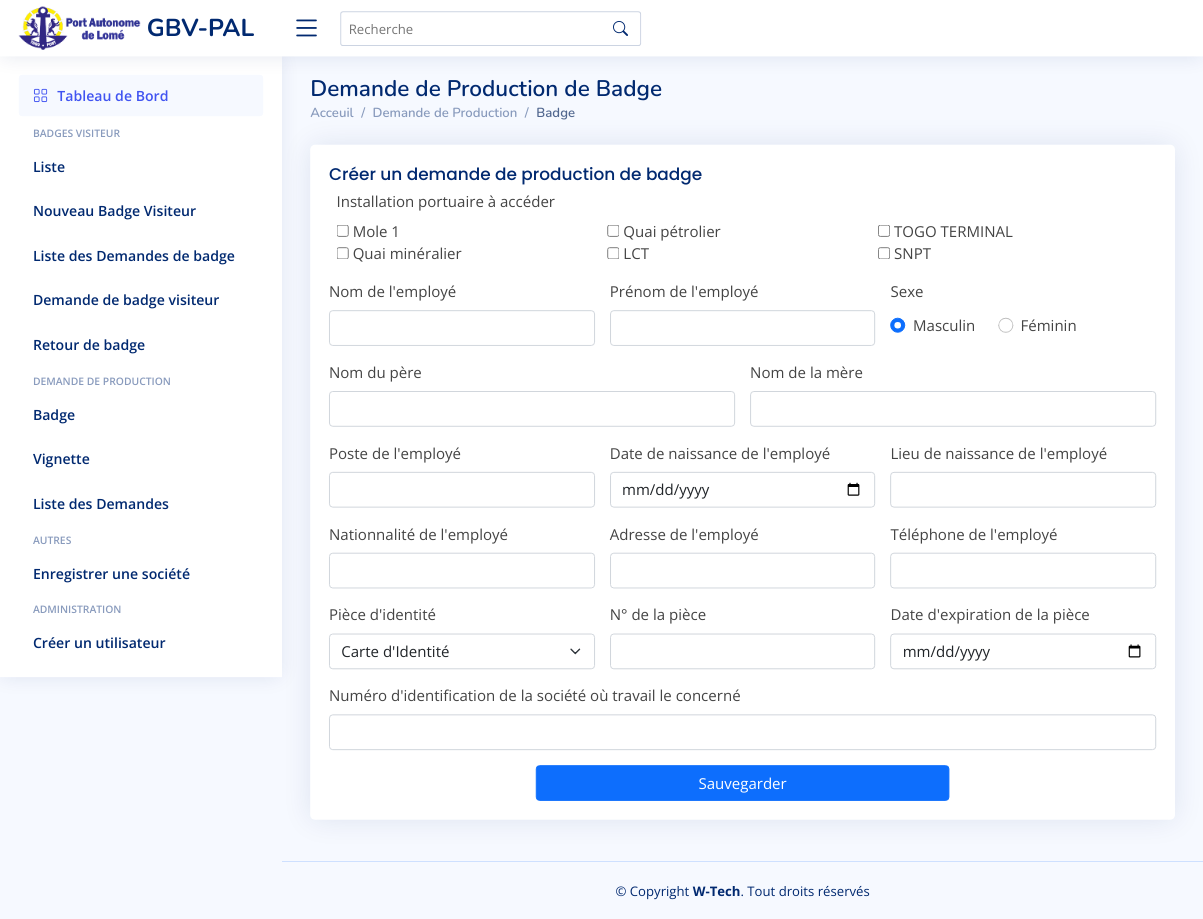
Repository: sh4dow28/gbv-pal-web
Page: http://localhost/badge/create
These files come from the project's save history. The page is drawn as it stood at one moment and after the next save; the edit follows.
The browser window is 1280 px wide. The pictures show the whole page, at 94% of full size.
The page is served by the project's Laravel application, run on PHP 8.4 with Laravel 9. Other server files are loaded and not shown.

Above is the page before, as saved 2023-02-11 19:07:53.

### routes/web.php
<?php

use App\Http\Controllers\Admin\HomeController;
use App\Http\Controllers\Auth\RegisteredUserController;
use App\Http\Controllers\BadgeVisiteurController;
use App\Http\Controllers\DemandeBadgeVisiteurController;
use App\Http\Controllers\ProfileController;
use Illuminate\Support\Facades\Route;

/*
|--------------------------------------------------------------------------
| Web Routes
|--------------------------------------------------------------------------
|
| Here is where you can register web routes for your application. These
| routes are loaded by the RouteServiceProvider within a group which
| contains the "web" middleware group. Now create something great!
|
*/



Route::get('/dashboard', function () {
    return view('dashboard');
})->middleware(['auth'])->name('dashboard');

Route::middleware('auth')->group(function () {
    Route::get('register', [RegisteredUserController::class, 'create'])
        ->name('register');

    Route::post('register', [RegisteredUserController::class, 'store']);

    Route::get('/profile', [ProfileController::class, 'edit'])->name('profile.edit');
    Route::patch('/profile', [ProfileController::class, 'update'])->name('profile.update');
    Route::delete('/profile', [ProfileController::class, 'destroy'])->name('profile.destroy');
});



require __DIR__ . '/custom.php';
require __DIR__ . '/auth.php';

### routes/auth.php
<?php

use App\Http\Controllers\Auth\AuthenticatedSessionController;
use App\Http\Controllers\Auth\ConfirmablePasswordController;
use App\Http\Controllers\Auth\EmailVerificationNotificationController;
use App\Http\Controllers\Auth\EmailVerificationPromptController;
use App\Http\Controllers\Auth\NewPasswordController;
use App\Http\Controllers\Auth\PasswordController;
use App\Http\Controllers\Auth\PasswordResetLinkController;
use App\Http\Controllers\Auth\RegisteredUserController;
use App\Http\Controllers\Auth\VerifyEmailController;
use Illuminate\Support\Facades\Route;

Route::middleware('guest')->group(function () {
    Route::get('login', [AuthenticatedSessionController::class, 'create'])
        ->name('login');

    Route::post('login', [AuthenticatedSessionController::class, 'store']);

    Route::get('forgot-password', [PasswordResetLinkController::class, 'create'])
        ->name('password.request');

    Route::post('forgot-password', [PasswordResetLinkController::class, 'store'])
        ->name('password.email');

    Route::get('reset-password/{token}', [NewPasswordController::class, 'create'])
        ->name('password.reset');

    Route::post('reset-password', [NewPasswordController::class, 'store'])
        ->name('password.store');
});

Route::middleware('auth')->group(function () {
    Route::get('verify-email', [EmailVerificationPromptController::class, '__invoke'])
        ->name('verification.notice');

    Route::get('verify-email/{id}/{hash}', [VerifyEmailController::class, '__invoke'])
        ->middleware(['signed', 'throttle:6,1'])
        ->name('verification.verify');

    Route::post('email/verification-notification', [EmailVerificationNotificationController::class, 'store'])
        ->middleware('throttle:6,1')
        ->name('verification.send');

    Route::get('confirm-password', [ConfirmablePasswordController::class, 'show'])
        ->name('password.confirm');

    Route::post('confirm-password', [ConfirmablePasswordController::class, 'store']);

    Route::put('password', [PasswordController::class, 'update'])->name('password.update');

    Route::post('logout', [AuthenticatedSessionController::class, 'destroy'])
        ->name('logout');
});

### app/Http/Controllers/ProductionBadgeController.php
<?php

namespace App\Http\Controllers;

use App\Models\ProductionBadge;
use Illuminate\Http\Request;
use Illuminate\Support\Facades\DB;
use Illuminate\Support\Facades\Validator;

class ProductionBadgeController extends Controller
{
    /**
     * Display a listing of the resource.
     *
     * @return \Illuminate\Http\Response
     */
    public function index()
    {
        //
    }

    /**
     * Show the form for creating a new resource.
     *
     * @return \Illuminate\Http\Response
     */
    public function create()
    {
        return view('pages.production-badge');
    }

    /**
     * Store a newly created resource in storage.
     *
     * @param  \Illuminate\Http\Request  $request
     * @return \Illuminate\Http\Response
     */
    public function store(Request $request)
    {
        dd($request);
    }

    /**
     * Display the specified resource.
     *
     * @param  \App\Models\ProductionBadge  $productionBadge
     * @return \Illuminate\Http\Response
     */
    public function show(ProductionBadge $productionBadge)
    {
        //
    }

    /**
     * Show the form for editing the specified resource.
     *
     * @param  \App\Models\ProductionBadge  $productionBadge
     * @return \Illuminate\Http\Response
     */
    public function edit(ProductionBadge $productionBadge)
    {
        //
    }

    /**
     * Update the specified resource in storage.
     *
     * @param  \Illuminate\Http\Request  $request
     * @param  \App\Models\ProductionBadge  $productionBadge
     * @return \Illuminate\Http\Response
     */
    public function update(Request $request, ProductionBadge $productionBadge)
    {
        //
    }

    /**
     * Remove the specified resource from storage.
     *
     * @param  \App\Models\ProductionBadge  $productionBadge
     * @return \Illuminate\Http\Response
     */
    public function destroy(ProductionBadge $productionBadge)
    {
        //
    }
}

### resources/views/pages/production-badge.blade.php
@extends('layout.app')

@section('pagetitle')
    GBV-PAL | Demande de Production de Badge
@endsection

@section('styles')
    <!-- Latest compiled and minified CSS -->
    <link rel="stylesheet" href="https://cdn.jsdelivr.net/npm/bootstrap-select@1.13.14/dist/css/bootstrap-select.min.css">
@endsection

@section('content')
    <main id="main" class="main">

        <div class="pagetitle">
            <h1>Demande de Production de Badge</h1>
            <nav>
                <ol class="breadcrumb">
                    <li class="breadcrumb-item"><a href=" {{ route('home') }} ">Acceuil</a></li>
                    <li class="breadcrumb-item">Demande de Production</li>
                    <li class="breadcrumb-item active">Badge</li>
                </ol>
            </nav>
        </div><!-- End Page Title -->
        <section class="section d-flex flex-column align-items-center justify-content-center py-2">
            <div class="row justify-content-center">
                <div class="col-lg-12">

                    <div class="card mb-3">
                        @if ($errors->any())
                            <div class="card-header text-center">
                                <div class="alert alert-danger">
                                    <ul>
                                        @foreach ($errors->all() as $error)
                                            <li>{{ $error }}</li>
                                        @endforeach
                                    </ul>
                                </div>
                            </div>
                        @endif
                        @if (session()->has('message'))
                            <div class="card-header text-center">
                                <div class="alert alert-success">
                                    {{ session()->get('message') }}
                                </div>
                            </div>
                        @endif
                        <div class="card-body">
                            <h5 class="card-title">Créer un demande de production de badge</h5>
                            <form class="row g-3" method="POST" action=" {{ route('badge.store') }} ">
                                @csrf
                                <input type="text" name="typeProd" value="badge" hidden>
                                <div class="row px-3">
                                    <label for="brand" class="form-label">Installation portuaire à accéder</label>
                                    <div class="col-md-4">
                                        <label>
                                            <input type="checkbox" name="zoneAcc[]" value="Mole 1"> Mole 1
                                        </label>
                                    </div>
                                    <div class="col-md-4">
                                        <label>
                                            <input type="checkbox" name="zoneAcc[]" value="Quai pétrolier">
                                            Quai pétrolier
                                        </label>
                                    </div>
                                    <div class="col-md-4">
                                        <label>
                                            <input type="checkbox" name="zoneAcc[]" value="TOGO TERMINAL">
                                            TOGO TERMINAL
                                        </label>
                                    </div>
                                    <div class="col-md-4">
                                        <label>
                                            <input type="checkbox" name="zoneAcc[]" value="Quai minéralier">
                                            Quai minéralier
                                        </label>
                                    </div>
                                    <div class="col-md-4">
                                        <label>
                                            <input type="checkbox" name="zoneAcc[]" value="LCT"> LCT
                                        </label>
                                    </div>
                                    <div class="col-md-4">
                                        <label>
                                            <input type="checkbox" name="zoneAcc[]" value="SNPT"> SNPT
                                        </label>
                                    </div>
                                </div>
                                <div class="col-md-4">
                                    <label for="nomEmp" class="form-label">Nom de l'employé</label>
                                    <input type="text" name="nomEmp" class="form-control" id="nomEmp">
                                </div>
                                <div class="col-md-4">
                                    <label for="prenomEmp" class="form-label">Prénom de l'employé</label>
                                    <input type="text" name="prenomEmp" class="form-control" id="prenomEmp">
                                </div>
                                <div class="col-md-4">
                                    <label for="sexe" class="form-label">Sexe</label>
                                    <div class="d-flex flex-col py-1">
                                        <div class="form-check">
                                            <input class="form-check-input" type="radio" name="sexeEmp" id="sexe2"
                                                value="Masculin" checked="">
                                            <label class="form-check-label" for="sexe2">
                                                Masculin
                                            </label>
                                        </div>
                                        <div class="form-check px-5">
                                            <input class="form-check-input" type="radio" name="sexeEmp" id="sexe1"
                                                value="Féminin">
                                            <label class="form-check-label" for="sexe1">
                                                Féminin
                                            </label>
                                        </div>
                                    </div>
                                </div>
                                <div class="col-md-6">
                                    <label for="pereEmp" class="form-label">Nom du père</label>
                                    <input type="text" name="pereEmp" class="form-control" id="pereEmp">
                                </div>
                                <div class="col-md-6">
                                    <label for="mereEmp" class="form-label">Nom de la mère</label>
                                    <input type="text" name="mereEmp" class="form-control" id="mereEmp">
                                </div>
                                <div class="col-md-4">
                                    <label for="posteEmp" class="form-label">Poste de l'employé</label>
                                    <input type="text" name="posteEmp" class="form-control" id="posteEmp">
                                </div>
                                <div class="col-md-4">
                                    <label for="dobEmp" class="form-label">Date de naissance de l'employé</label>
                                    <input type="date" name="dobEmp" class="form-control" id="dobEmp">
                                </div>
                                <div class="col-md-4">
                                    <label for="pobEmp" class="form-label">Lieu de naissance de l'employé</label>
                                    <input type="text" name="pobEmp" class="form-control" id="pobEmp">
                                </div>
                                <div class="col-md-4">
                                    <label for="nationEmp" class="form-label">Nationnalité de l'employé</label>
                                    <input type="text" name="nationEmp" class="form-control" id="nationEmp">
                                </div>
                                <div class="col-md-4">
                                    <label for="adrEmp" class="form-label">Adresse de l'employé</label>
                                    <input type="text" name="adrEmp" class="form-control" id="adrEmp">
                                </div>
                                <div class="col-md-4">
                                    <label for="telEmp" class="form-label">Téléphone de l'employé</label>
                                    <input type="text" name="telEmp" class="form-control" id="telEmp">
                                </div>
                                <div class="col-md-4">
                                    <label for="typeIDEmp" class="form-label">Pièce d'identité</label>
                                    <select id="typeIDEmp" name="typeIDEmp" class="form-select">
                                        <option value="Carte d'Identité">Carte d'Identité</option>
                                        <option value="Passeport">Passeport</option>
                                        <option value="Permis">Permis</option>
                                        <option value="Carte d'Electeur">Carte d'Electeur</option>
                                    </select>
                                </div>
                                <div class="col-md-4">
                                    <label for="numIDEmp" class="form-label">N° de la pièce</label>
                                    <input type="text" name="numIDEmp" class="form-control" id="numIDEmp">
                                </div>
                                <div class="col-md-4">
                                    <label for="expIDEmp" class="form-label">Date d'expiration de la pièce</label>
                                    <input type="date" name="expIDEmp" class="form-control" id="expIDEmp">
                                </div>
                                <div class="col-md-12">
                                    <label for="numFisc" class="form-label">Numéro d'identification de la société où
                                        travail le concerné</label>
                                    <input type="text" name="numFisc" class="form-control" id="numFisc">
                                </div>
                                <div class="text-center">
                                    <button type="submit" class="btn btn-primary w-50">Sauvegarder</button>
                                </div>
                            </form>
                        </div>
                    </div>

                </div>
            </div>
        </section>

    </main><!-- End #main -->
@endsection
@section('scripts')
    <!-- Latest compiled and minified JavaScript -->
    <script src="https://cdn.jsdelivr.net/npm/bootstrap-select@1.13.14/dist/js/bootstrap-select.min.js"></script>
@endsection

### resources/views/layout/app.blade.php
<!DOCTYPE html>
<html lang="en">

<head>
    <meta charset="utf-8">
    <meta content="width=device-width, initial-scale=1.0" name="viewport">
    <title>
        @yield('pagetitle')
    </title>
    <meta content="" name="description">
    <meta content="" name="keywords">
    <!-- Favicons -->
    <link href="assets/img/favicon.png" rel="icon">
    <link href="assets/img/apple-touch-icon.png" rel="apple-touch-icon">
    <!-- Google Fonts -->
    <link href="https://fonts.gstatic.com" rel="preconnect">
    <link
        href="https://fonts.googleapis.com/css?family=Open+Sans:300,300i,400,400i,600,600i,700,700i|Nunito:300,300i,400,400i,600,600i,700,700i|Poppins:300,300i,400,400i,500,500i,600,600i,700,700i"
        rel="stylesheet">
    <!-- Vendor CSS Files -->
    <link href="{{ URL::asset('vendor/bootstrap/css/bootstrap.min.css') }}" rel="stylesheet">
    <link href="{{ URL::asset('vendor/bootstrap-icons/bootstrap-icons.css') }}" rel="stylesheet">
    <link href="{{ URL::asset('vendor/boxicons/css/boxicons.min.css') }}" rel="stylesheet">
    <link href="{{ URL::asset('vendor/quill/quill.snow.css') }}" rel="stylesheet">
    <link href="{{ URL::asset('vendor/quill/quill.bubble.css') }}" rel="stylesheet">
    <link href="{{ URL::asset('vendor/remixicon/remixicon.css') }}" rel="stylesheet">
    <link href="{{ URL::asset('vendor/data-tables/datatables.min.css') }}" rel="stylesheet">
    <!-- Template Main CSS File -->
    <link href="{{ URL::asset('css/style.css') }}" rel="stylesheet">

    <script src="{{ URL::asset('js/jquery-3.5.1.js') }}"></script>
</head>

<body>

    @include('partials._header')

    @include('partials._sidebar')

    @yield('content')

    @include('partials._footer')

    <a href="#" class="back-to-top d-flex align-items-center justify-content-center"><i
            class="bi bi-arrow-up-short"></i></a>

    <script src="{{ URL::asset('js/script.js') }}"></script>
    <!-- Vendor JS Files -->
    <script src="{{ URL::asset('vendor/apexcharts/apexcharts.min.js') }}"></script>
    <script src="{{ URL::asset('vendor/bootstrap/js/bootstrap.bundle.min.js') }}"></script>
    <script src="{{ URL::asset('vendor/chart.js/chart.min.js') }}"></script>
    <script src="{{ URL::asset('vendor/echarts/echarts.min.js') }}"></script>
    <script src="{{ URL::asset('vendor/quill/quill.min.js') }}"></script>
    <script src="{{ URL::asset('vendor/data-tables/datatables.min.js') }}"></script>
    <script src="{{ URL::asset('vendor/tinymce/tinymce.min.js') }}"></script>
    <script src="{{ URL::asset('vendor/php-email-form/validate.js') }}"></script>


    <!-- Template Main JS File -->
    <script src="{{ URL::asset('js/main.js') }}"></script>

</body>

</html>

### resources/views/partials/_footer.blade.php
<!-- ======= Footer ======= -->
<footer id="footer" class="footer">
    <div class="copyright">
        &copy; Copyright <strong><span>W-Tech</span></strong>. Tout droits réservés
    </div>
</footer><!-- End Footer -->

Loaded but not shown: app/Http/Controllers/Controller.php (common file); public/js/jquery-3.5.1.js (library); public/js/main.js (319 lines, source omitted); public/css/style.css (1249 lines, source omitted); resources/views/partials/_header.blade.php (227 lines, source omitted); resources/views/partials/_sidebar.blade.php (120 lines, source omitted); routes/custom.php (57 lines, source omitted)

After the next save:
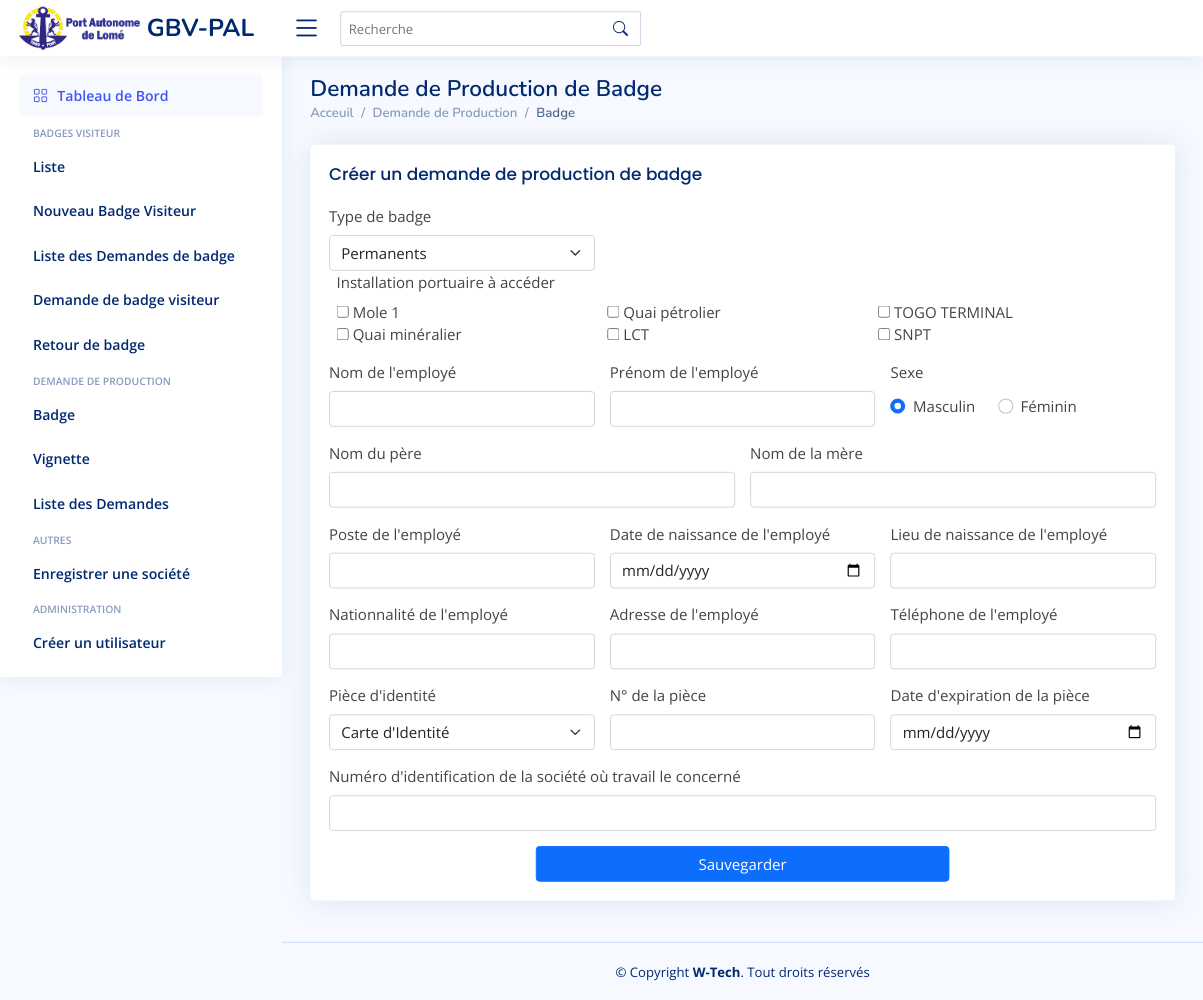
Saved 4 min 58 s later.
--- a/resources/views/pages/production-badge.blade.php
+++ b/resources/views/pages/production-badge.blade.php
@@ -50,6 +50,18 @@
                             <form class="row g-3" method="POST" action=" {{ route('badge.store') }} ">
                                 @csrf
                                 <input type="text" name="typeProd" value="badge" hidden>
+                                <div class="col-md-4">
+                                    <label for="typeBadgeProd" class="form-label">Type de badge</label>
+                                    <select id="typeBadgeProd" name="typeBadgeProd" class="form-select">
+                                        <option value="Permanents">Permanents</option>
+                                        <option value="Chauffeurs et Apprentis">Chauffeurs et Apprentis</option>
+                                        <option value="Client">Client</option>
+                                        <option value="Docker">Docker</option>
+                                        <option value="Stagiaire">Stagiaire</option>
+                                        <option value="Administration - Partenaires">Administration - Partenaires</option>
+                                        <option value="Laissez-passer">Laissez-passer</option>
+                                    </select>
+                                </div>
                                 <div class="row px-3">
                                     <label for="brand" class="form-label">Installation portuaire à accéder</label>
                                     <div class="col-md-4">
